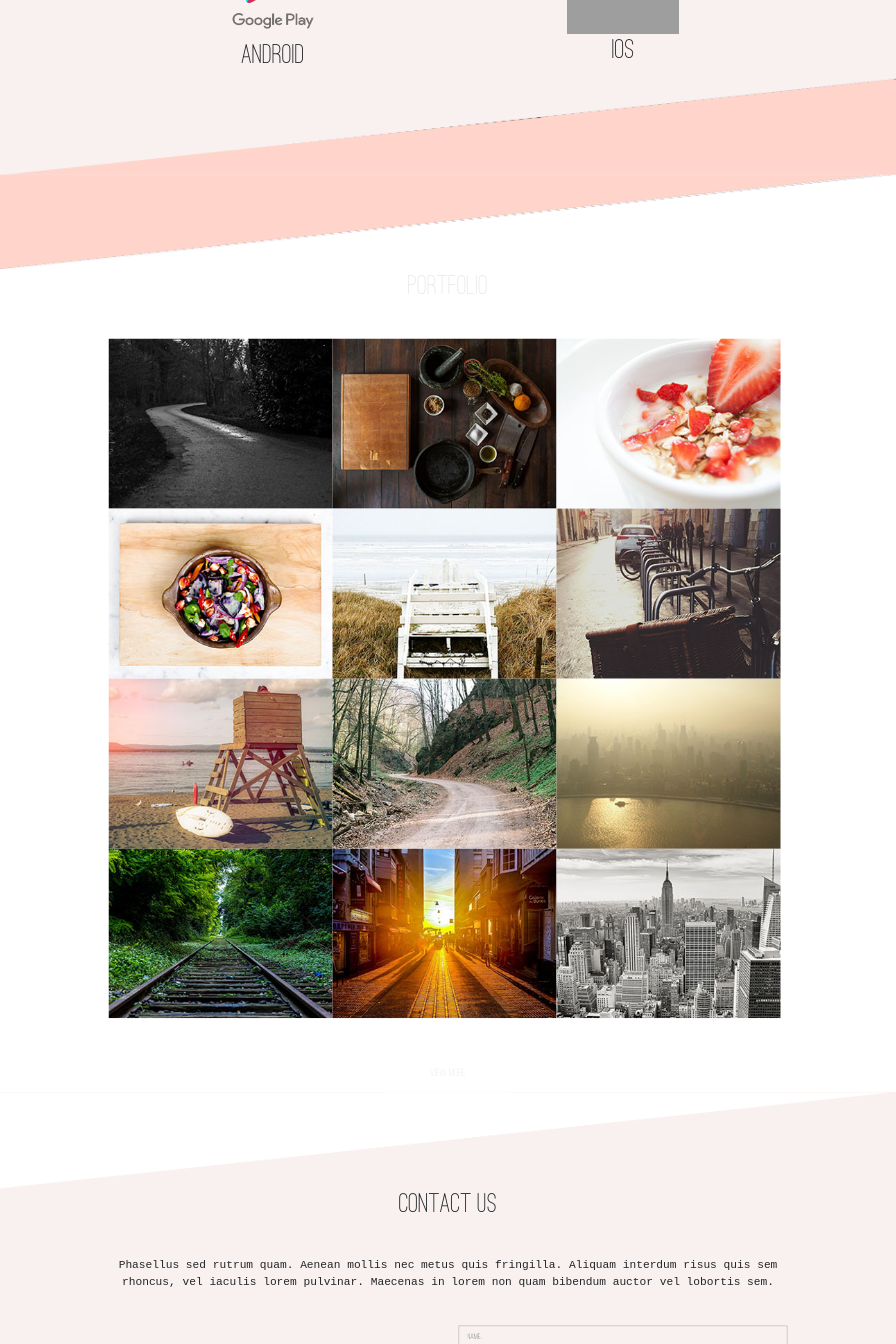
Repository: Demonster1999/newshoperrepo
Page: index.html
The author's editor kept a copy of each file at every save. The page is drawn from the files as they stood at one save, then again after the next save.
The browser window is 1280 px wide. The pictures show the part of the page from y = 3311 to 5231 px (the page is 5762 px tall before and 4450 px after), at 70% of full size.
Pictures or frames that could not be fetched are drawn as grey boxes. Some web libraries are served in a nearby version.

Above is the page before, as saved 2020-07-21 15:10:10.
Console error: TypeError: Cannot read properties of null (reading 'getContext')

After the next save:
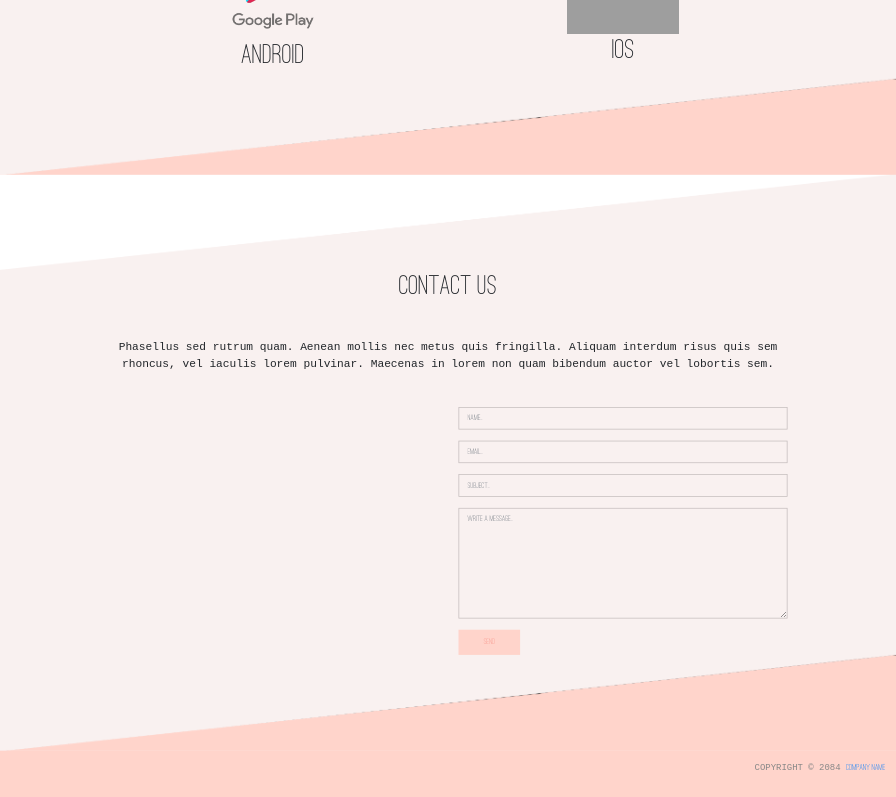
Saved 2 min 7 s later.
--- a/index.html
+++ b/index.html
@@ -335,142 +335,6 @@
 
 
 
-		<section class="tm-section bg-white" id="testimonials" >
-			<img src="images/tm-border-black-top.png" alt="Border" class="tm-border">
-
-
-			<div class="container">
-					<div class="row">
-						<div class="col-lg-12 col-md-12 col-sm-12 col-xs-12 text-center">
-							<h1 class="tm-light-gray-text text-center text-uppercase">Portfolio</h1>
-							<div class="tm-portfolio-images-container margin-top-50">
-								<div class="tm-image-container">
-									<div class="tm-portfolio-image-overlay text-center">
-										<div class="absolute-center">
-											<a href="#" class="fa fa-search"></a>
-											<h2 class="text-uppercase tm-white-text">Lorem</h2>
-											<p class="text-uppercase">sagittis</p>
-										</div>
-									</div>
-									<img src="images/portfolio/01.jpg" alt="Portfolio 1">
-								</div>
-								<div class="tm-image-container">
-									<div class="tm-portfolio-image-overlay">
-										<div class="absolute-center">
-											<a href="#" class="fa fa-search"></a>
-											<h2 class="text-uppercase tm-white-text">Dimperdiet</h2>
-											<p class="text-uppercase">Aliquam</p>
-										</div>
-									</div>
-									<img src="images/portfolio/02.jpg" alt="Portfolio 2">
-								</div>
-								<div class="tm-image-container">
-									<div class="tm-portfolio-image-overlay">
-										<div class="absolute-center">
-											<a href="#" class="fa fa-search"></a>
-											<h2 class="text-uppercase tm-white-text">Pellentesque</h2>
-											<p class="text-uppercase">noemer</p>
-										</div>
-									</div>
-									<img src="images/portfolio/03.jpg" alt="Portfolio 3">
-								</div>
-								<div class="tm-image-container">
-									<div class="tm-portfolio-image-overlay">
-										<div class="absolute-center">
-											<a href="#" class="fa fa-search"></a>
-											<h2 class="text-uppercase tm-white-text">Aenean</h2>
-											<p class="text-uppercase">pharetra</p>
-										</div>
-									</div>
-									<img src="images/portfolio/04.jpg" alt="Portfolio 4">
-								</div>
-								<div class="tm-image-container">
-									<div class="tm-portfolio-image-overlay">
-										<div class="absolute-center">
-											<a href="#" class="fa fa-search"></a>
-											<h2 class="text-uppercase tm-white-text">condimentum</h2>
-											<p class="text-uppercase">libero</p>
-										</div>
-									</div>
-									<img src="images/portfolio/05.jpg" alt="Portfolio 5">
-								</div>
-								<div class="tm-image-container">
-									<div class="tm-portfolio-image-overlay">
-										<div class="absolute-center">
-											<a href="#" class="fa fa-search"></a>
-											<h2 class="text-uppercase tm-white-text">nulla</h2>
-											<p class="text-uppercase">consectetur</p>
-										</div>
-									</div>
-									<img src="images/portfolio/06.jpg" alt="Portfolio 6">
-								</div>
-								<div class="tm-image-container tm-show-hide">
-									<div class="tm-portfolio-image-overlay">
-										<div class="absolute-center">
-											<a href="#" class="fa fa-search"></a>
-											<h2 class="text-uppercase tm-white-text">Rondimentum</h2>
-											<p class="text-uppercase">Sdui</p>
-										</div>
-									</div>
-									<img src="images/portfolio/07.jpg" alt="Portfolio 7">
-								</div>
-								<div class="tm-image-container tm-show-hide">
-									<div class="tm-portfolio-image-overlay">
-										<div class="absolute-center">
-											<a href="#" class="fa fa-search"></a>
-											<h2 class="text-uppercase tm-white-text">imperdiet</h2>
-											<p class="text-uppercase">Raugue</p>
-										</div>
-									</div>
-									<img src="images/portfolio/08.jpg" alt="Portfolio 8">
-								</div>
-								<div class="tm-image-container tm-show-hide">
-									<div class="tm-portfolio-image-overlay">
-										<div class="absolute-center">
-											<a href="#" class="fa fa-search"></a>
-											<h2 class="text-uppercase tm-white-text">blandit</h2>
-											<p class="text-uppercase">Aliquam</p>
-										</div>
-									</div>
-									<img src="images/portfolio/09.jpg" alt="Portfolio 9">
-								</div>
-								<div class="tm-image-container tm-show-hide">
-									<div class="tm-portfolio-image-overlay">
-										<div class="absolute-center">
-											<a href="#" class="fa fa-search"></a>
-											<h2 class="text-uppercase tm-white-text">Praesent</h2>
-											<p class="text-uppercase">Aliquam</p>
-										</div>
-									</div>
-									<img src="images/portfolio/10.jpg" alt="Portfolio 10">
-								</div>
-								<div class="tm-image-container tm-show-hide">
-									<div class="tm-portfolio-image-overlay">
-										<div class="absolute-center">
-											<a href="#" class="fa fa-search"></a>
-											<h2 class="text-uppercase tm-white-text">Dimperdiet</h2>
-											<p class="text-uppercase">Aliquam</p>
-										</div>
-									</div>
-									<img src="images/portfolio/11.jpg" alt="Portfolio 11">
-								</div>
-								<div class="tm-image-container tm-show-hide">
-									<div class="tm-portfolio-image-overlay">
-										<div class="absolute-center">
-											<a href="#" class="fa fa-search"></a>
-											<h2 class="text-uppercase tm-white-text">Dimperdiet</h2>
-											<p class="text-uppercase">Aliquam</p>
-										</div>
-									</div>
-									<img src="images/portfolio/12.jpg" alt="Portfolio 12">
-								</div>
-							</div>
-							<a href="javascript:;" class="tm-view-more tm-light-gray-text margin-top-50 text-center text-uppercase">View
-								More</a>
-						</div>
-					</div>
-			</div>
-		</section> <!-- testimonials -->
 		<section class="tm-section tm-orange-bg" id="contact" >
 			<img src="images/tm-border-white-top.png" alt="Border" class="tm-border">
 			<div class="container">
